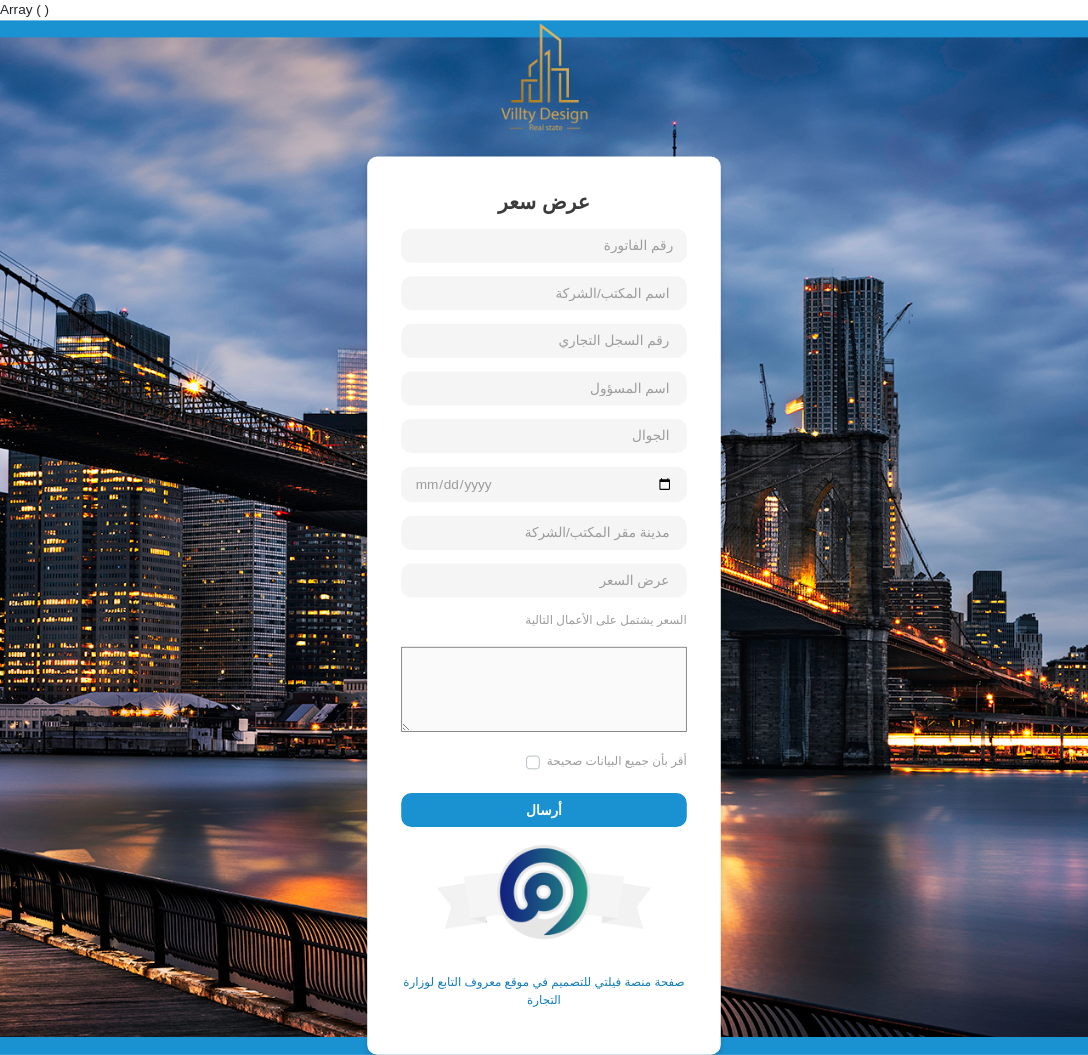
Repository: freejob985/shohragroup_form
Page: http://localhost/
These files come from the project's save history. The page is drawn as it stood at one moment and after a run of saves; the edit follows.
The browser window is 1280 px wide. The pictures show the whole page, at 85% of full size.
Some web fonts or font styles are not loaded; a fallback is used. The page is run by PHP 8.4 with error messages shown; the project is at /var/www/html/.

Above is the page before, as saved 2020-11-21 13:47:16.

After the next 3 saves:
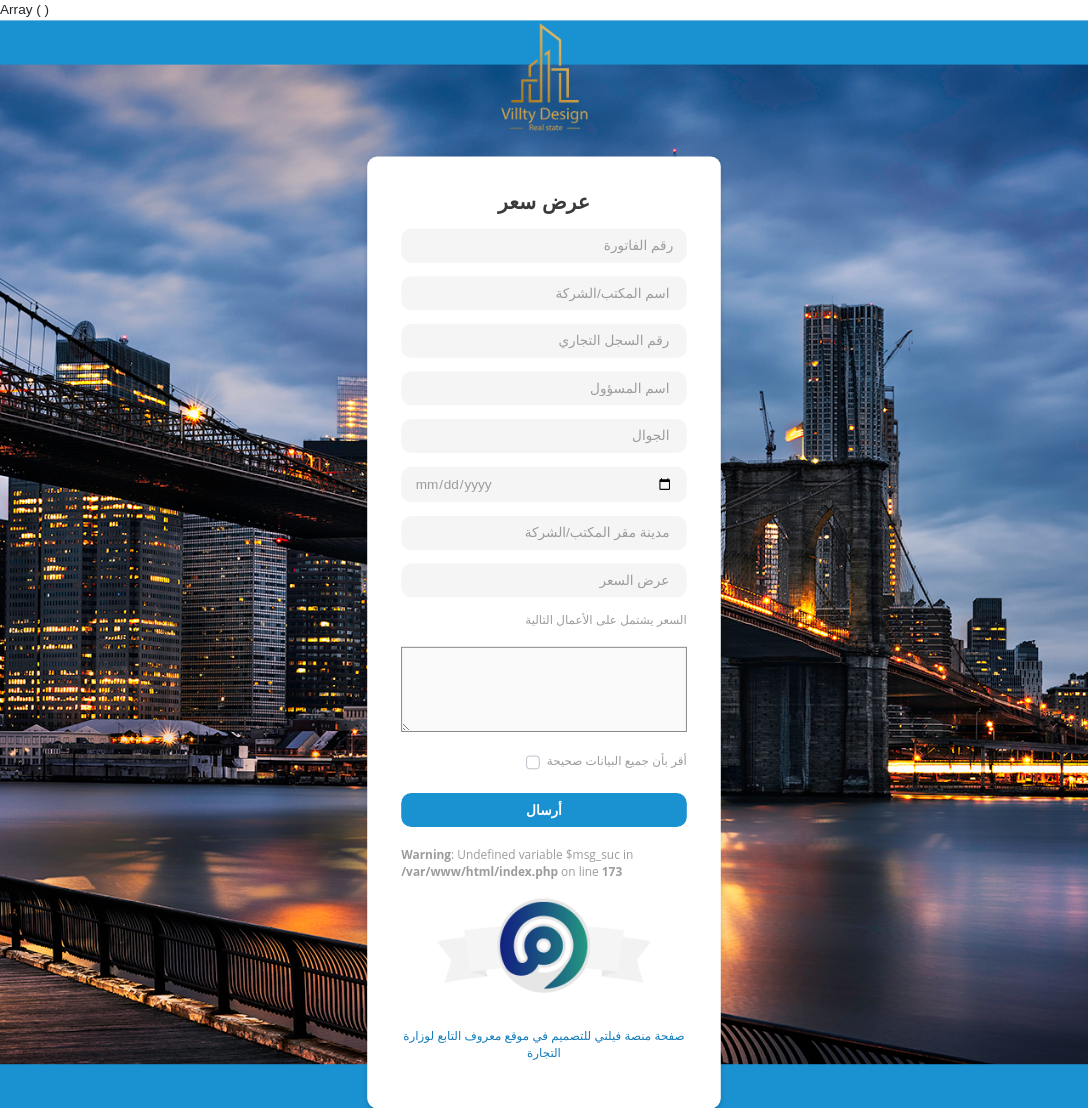
The 3 saves are shown as one change because they came seconds apart.
The last was saved 11 s later.
--- a/index.php
+++ b/index.php
@@ -170,7 +170,7 @@
                 <button type="sub" class="btn btn-primary btn-block">أرسال</button>
             </div>
             <?php
-             $msg_suc;
+             if($msg_suc)
             ?>
             <div class="text-center">
 			</br>

After the 6 saves that followed:
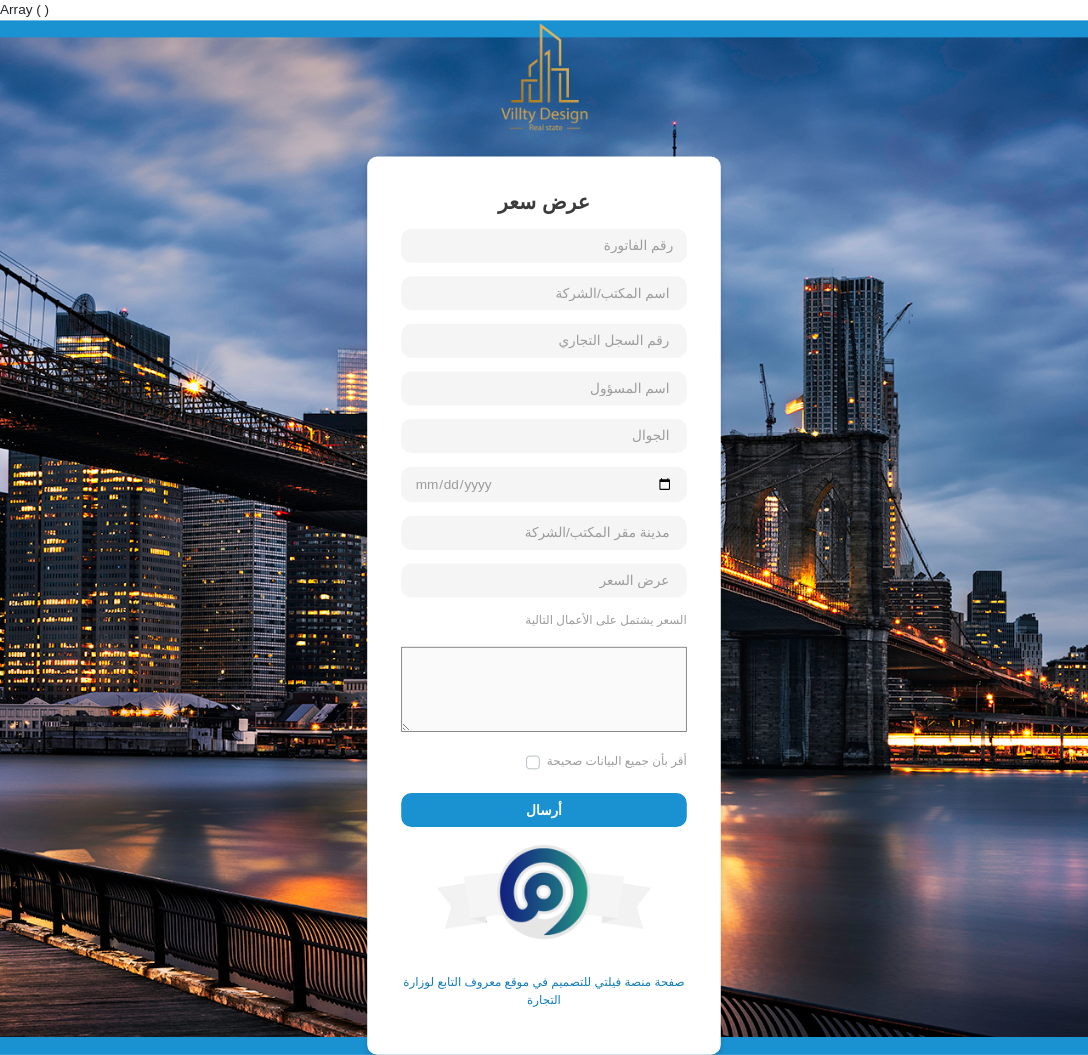
The 6 saves are shown as one change because they came seconds apart.
The last was saved 12 s later.
--- a/index.php
+++ b/index.php
@@ -170,7 +170,7 @@
                 <button type="sub" class="btn btn-primary btn-block">أرسال</button>
             </div>
             <?php
-             if($msg_suc)
+             if(isset($msg_suc))
             ?>
             <div class="text-center">
 			</br>
